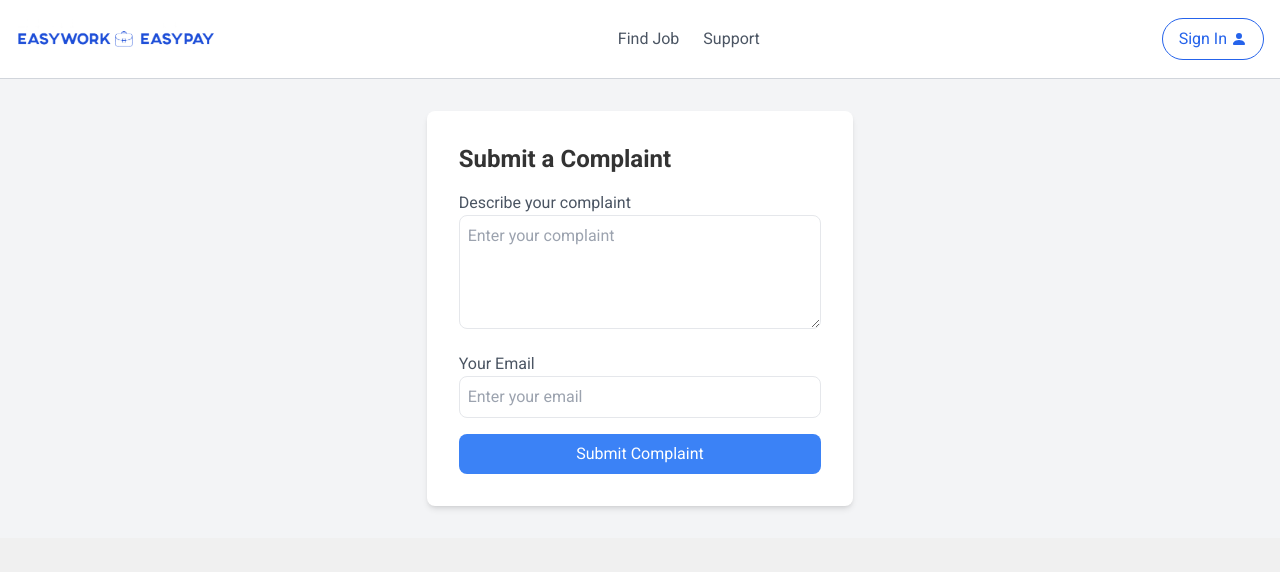
Repository: Temitech001/new-job
Page: /support
The author's editor kept a copy of each file at every save. The page is drawn from the files as they stood at one save, then again after a run of saves.
The browser window is 1280 px wide. The pictures show the whole page.
The project was rebuilt for these pictures with package versions that can differ from the ones it lists, and the page was loaded fresh each time. Also part of the build but not shown: src/App.css, src/components/jobSearch/Job.jsx, src/components/jobSearch/JobListing.jsx, src/App.js, src/components/jobSearch/signIn/SignIn.jsx, src/components/postJob/PostJob.jsx, src/components/postJob/JobDetails.jsx, src/components/apply/ApplyJob.jsx and 1 more.

Above is the page before, as saved 2023-08-31 19:12:08.

### public/index.html
<!DOCTYPE html>
<html lang="en">
  <head>
    <meta charset="utf-8" />
    <link rel="icon" href="%PUBLIC_URL%/favicon.ico" />
    <meta name="viewport" content="width=device-width, initial-scale=1" />
    <meta name="apple-mobile-web-app-title" content="Easywork-Easypay">
    <meta name="application-name" content="Easywork-Easypay">
    <meta name="theme-color" content="#000000" />
    <meta
      name="description"
      content="Easywork-Easypay is your comprehensive platform for all things related to employment."
    />
    <link rel="stylesheet" href="https://fonts.googleapis.com/css2?family=Roboto:wght@300;400;500;700&display=swap">
    <link rel="apple-touch-icon" href="%PUBLIC_URL%/eelogo.png" />
    <link rel="apple-touch-icon" sizes="76x76" href="%PUBLIC_URL%/apple-touch-icon.png">
    <link rel="icon" type="image/png" sizes="32x32" href="%PUBLIC_URL%/favicon-32x32.png">
    <link rel="icon" type="image/png" sizes="16x16" href="%PUBLIC_URL%/favicon-16x16.png">
    <link rel="manifest" href="%PUBLIC_URL%/manifest.json" />
    <title>Easywork-Easypay</title>
  </head>
  <body>
    <noscript>You need to enable JavaScript to run this app.</noscript>
    <div id="root"></div>
  </body>
</html>

### src/index.js
import React from 'react';
import ReactDOM from 'react-dom/client';
import { BrowserRouter, Routes, Route} from "react-router-dom";
import './index.css';
import App from './App';
import ScrollToTop from 'react-scroll-to-top';
import SignIn from './components/jobSearch/signIn/SignIn';
import { AuthProvider } from './components/server/AuthContext';
import PostJob from './components/postJob/PostJob';
import JobDetails from './components/postJob/JobDetails';
import ApplyJob from './components/apply/ApplyJob';
import Support from './components/support/Support';
// import MyJobs from './components/postJob/myJobs';

import './scrollToTop.css';
const CustomScrollToTop = () => {
  return (
    <ScrollToTop
      smooth
      component={<button className="scroll-to-top">↑</button>}
    />
  );
};

const root = ReactDOM.createRoot(document.getElementById('root'));
root.render(
  <React.StrictMode>
    <AuthProvider>
    <BrowserRouter>

            <Routes>
                <Route path="/" element={<App />} />
                <Route path="/signin" element={<SignIn />} />
                <Route path="/post-job" element={<PostJob />} />
                <Route path="/job-details" element={< JobDetails />} />
                <Route path="/apply-job/:jobId" element={<ApplyJob />} />
                {/* <Route path="/myjobs" element={<MyJobs />} /> */}
                <Route path="/support" element={< Support />} />
            </Routes>
            {/* <App /> */}
        </BrowserRouter>
      </AuthProvider>
  </React.StrictMode>
);

### src/index.css
@tailwind base;
@tailwind components;
@tailwind utilities;

body {
  margin: 0;
  font-family: 'Roboto', sans-serif;
  -webkit-font-smoothing: antialiased;
  -moz-osx-font-smoothing: grayscale;
  font-size: 16px;
  background-color: #f8f8f8;
  color: #333; /* Text color */
}

/* Apply a subtle shadow to the entire page for depth */
body::before {
  content: '';
  position: fixed;
  top: 0;
  left: 0;
  width: 100%;
  height: 100%;
  background: linear-gradient(to bottom, rgba(0, 0, 0, 0.03) 0%, rgba(0, 0, 0, 0.03) 100%);
  pointer-events: none;
  z-index: -1;
}

@media (max-width: 768px) {
  body{
    font-size: 14px;
  }
}

code {
  font-family: source-code-pro, Menlo, Monaco, Consolas, 'Courier New',
    monospace;
}

### src/components/server/AuthContext.js
import React, { createContext, useContext, useState, useEffect } from 'react';
import { auth } from './firebase'; // Import your Firebase authentication module

// Create a new context
export const AuthContext = createContext();

// Create a custom hook to use the context
export const useAuth = () => {
  return useContext(AuthContext);
};

// Create an AuthProvider component
export const AuthProvider = ({ children }) => {
  const [user, setUser] = useState(null); // Initialize user state

  useEffect(() => {
    // Add a Firebase authentication observer to listen for changes in the user's sign-in status
    const unsubscribe = auth.onAuthStateChanged((firebaseUser) => {
      setUser(firebaseUser); // Set the user state based on the Firebase user object
    });

    // Cleanup the observer when the component unmounts
    return () => {
      unsubscribe();
    };
  }, []);

  // Add the sign-out function
  const signOut = async () => {
    try {
      await auth.signOut(); // Sign out the user using Firebase Auth
    } catch (error) {
      console.error('Sign Out Error:', error);
    }
  };

  // Value to provide in the context, including the signOut function
  const contextValue = {
    user,
    signOut, // Include the sign-out function
  };

  return (
    <AuthContext.Provider value={contextValue}>
      {children}
    </AuthContext.Provider>
  );
};

### src/components/support/Support.jsx
import React, { useState } from 'react';
import Header from '../header/Header';
import axios from 'axios';

const Support = () => {
  const [complaint, setComplaint] = useState('');
  const [email, setEmail] = useState('');
  const [submitted, setSubmitted] = useState(false);
  const [loading, setLoading] = useState(false); // Add loading state

  const handleSubmit = async (e) => {
    e.preventDefault();
    setLoading(true); // Set loading to true when submitting

    // Create a FormData object to hold the data to send in the email
    const formDataToSubmit = new FormData();
    formDataToSubmit.append('sender[name]', 'JobConnect360');
    formDataToSubmit.append('sender[email]', 'jobconnect360site@gmail.com');
    formDataToSubmit.append('recipients', 'akinolapo@gmail.com');
    formDataToSubmit.append('subject', 'New Complaint Alert!');
    formDataToSubmit.append(
      'message',
      `Complaint: ${complaint} <br/> Sender: ${email}`
    );

    try {
      // Send the complaint email using axios
      await axios.post('https://api.smtpexpress.com/send', formDataToSubmit, {
        headers: {
          Authorization: 'Bearer 6f32027e9bdddb03f1da6421af860842861ced47da1c5befbd',
        },
      });

      // Update the state to indicate that the complaint was submitted successfully
      setSubmitted(true);
    } catch (error) {
      console.error('Error submitting complaint:', error);
      // Handle any errors here, e.g., by displaying an error message
    } finally {
      setLoading(false); // Set loading to false when the request is complete
    }
  };

  return (
    <div>
      <Header />
      <div className="bg-gray-100 py-8">
        <div className="bg-white p-8 rounded-lg shadow-md md:w-2/3 lg:w-1/2 xl:w-1/3 mx-auto">
          <h2 className="text-2xl font-semibold mb-4">Submit a Complaint</h2>
          {submitted ? (
            <div className="text-green-500 mb-6">
              Complaint submitted successfully.
            </div>
          ) : (
            <form onSubmit={handleSubmit}>
              <div className="mb-4">
                <label htmlFor="complaint" className="text-gray-600">
                  Describe your complaint
                </label>
                <textarea
                  id="complaint"
                  rows="4"
                  className="w-full border rounded-lg p-2 focus:outline-none focus:ring focus:border-blue-400"
                  placeholder="Enter your complaint"
                  value={complaint}
                  onChange={(e) => setComplaint(e.target.value)}
                  required
                />
              </div>
              <div className="mb-4">
                <label htmlFor="email" className="text-gray-600">
                  Your Email
                </label>
                <input
                  type="email"
                  id="email"
                  className="w-full border rounded-lg p-2 focus:outline-none focus:ring focus:border-blue-400"
                  placeholder="Enter your email"
                  value={email}
                  onChange={(e) => setEmail(e.target.value)}
                  required
                />
              </div>
              <button
                type="submit"
                className="bg-blue-500 text-white rounded-lg py-2 px-4 w-full hover:bg-blue-600"
                disabled={loading} // Disable the button while loading
              >
                {loading ? 'Submitting...' : 'Submit Complaint'}
              </button>
            </form>
          )}
        </div>
      </div>
    </div>
  );
};

export default Support;

### src/components/header/Header.jsx
import React, { useState } from 'react';
import { Link } from 'react-router-dom';
import { BsFillPersonFill } from 'react-icons/bs';
import { useAuth } from '../../components/server/AuthContext'; // Adjust the path as needed
import { useNavigate } from 'react-router-dom'; // Import useNavigate

const Header = () => {
  const [mobileMenuOpen, setMobileMenuOpen] = useState(false);
  const { user, signOut } = useAuth();
  const navigate = useNavigate(); // Initialize useNavigate

  const toggleMobileMenu = () => {
    setMobileMenuOpen(!mobileMenuOpen);
  };

  const handleSignOutClick = async () => {
    try {
      await signOut();
      navigate('/'); // Redirect to the homepage after sign-out using navigate
    } catch (error) {
      console.error('Sign Out Error:', error);
    }
  };

  // Define the allowed email address
  const allowedEmail = 'jobconnect360site@gmail.com';

  return (
    <header className="bg-white border-b border-gray-300 p-4">
      <div className="container mx-auto flex justify-between items-center">
        {/* Logo */}
        <Link to="/" className="text-xl font-semibold text-blue-600">
          <img
            width="200px"
            src={process.env.PUBLIC_URL + `eelogo.png`}
            alt="E&E"
            onError={(e) => {
              e.target.src = "https://www.easywork-easypay.com/eelogo.png"; // Replace with a fallback image path
            }}
          />
        </Link>

        {/* Desktop Menu */}
        <nav className="hidden md:flex space-x-6">
          <Link
            to="/"
            className="text-gray-600 hover:text-blue-600 transition duration-300"
          >
            Find Job
          </Link>
          <Link
            to="/support"
            className="text-gray-600 hover:text-blue-600 transition duration-300"
          >
            Support
          </Link>
        </nav>

        {/* Sign In/Out and Post a Job (Desktop) */}
        <div className="hidden md:flex items-center space-x-4">
          {user ? (
            <button
              onClick={handleSignOutClick}
              className="text-blue-600 border border-blue-600 rounded-full px-4 py-2 hover:bg-blue-600 hover:text-white transition duration-300"
            >
              <span className='flex items-center'>
                Sign Out&nbsp;<BsFillPersonFill/>
              </span>
            </button>
          ) : (
            <Link
              to="/signin"
              className="text-blue-600 border border-blue-600 rounded-full px-4 py-2 hover:bg-blue-600 hover:text-white transition duration-300"
            >
              <span className='flex items-center'>
                Sign In&nbsp;<BsFillPersonFill/>
              </span>
            </Link>
          )}
          {/* Conditionally render the "Post a Job" button */}
          {user && user.email === allowedEmail && (
            <Link
              to="/post-job"
              className="bg-blue-600 text-white rounded-full px-4 py-2 hover:bg-blue-700 transition duration-300"
            >
              Post a Job
            </Link>
          )}
        </div>

        {/* Mobile Menu */}
        <div className="md:hidden flex items-center">
          <button
            className="md:hidden block text-2xl text-gray-600 hover:text-blue-600 transition duration-300"
            onClick={toggleMobileMenu}
          >
            ☰
          </button>
        </div>
      </div>

      {/* Mobile Menu Items */}
      {mobileMenuOpen && (
        <div className="md:hidden text-center">
          <hr className="my-3" />
          <Link
            to="/"
            className="block text-gray-600 hover:text-blue-600 transition duration-300 py-2"
          >
            Find Job
          </Link>
          <Link
            to="/support"
            className="block text-gray-600 hover:text-blue-600 transition duration-300 py-2"
          >
            Support
          </Link>
          <hr className="my-3" />
          {user ? (
            <button
              onClick={handleSignOutClick} // Call the same function as the desktop "Sign Out" button
              className="block text-blue-600 hover:underline transition duration-300 py-2 mx-auto"
            >
              Sign Out
            </button>
          ) : (
            <Link
              to="/signin"
              className="block text-blue-600 hover:underline transition duration-300 py-2"
            >
              Sign In
            </Link>
          )}
          {/* Conditionally render the "Post a Job" button */}
          {user && user.email === allowedEmail && (
            <Link
              to="/post-job"
              className="bg-blue-600 text-white rounded-full px-4 py-2 hover:bg-blue-700 transition duration-300 my-2"
            >
              Post a Job
            </Link>
          )}
        </div>
      )}
    </header>
  );
};

export default Header;

### src/components/server/firebase.js
import { getFirestore } from 'firebase/firestore';
import { initializeApp } from "firebase/app";
import { getStorage, ref} from 'firebase/storage';
import { getAuth, GoogleAuthProvider, signInWithPopup } from "firebase/auth";
import 'firebase/firestore';

const firebaseConfig = {
  apiKey: "AIzaSyDODT5-vOTYs6McEqDh8sTtZjehb9KlnOw",
  authDomain: "jobconnect360bypeace.firebaseapp.com",
  databaseURL: "https://jobconnect360bypeace-default-rtdb.firebaseio.com",
  projectId: "jobconnect360bypeace",
  storageBucket: "jobconnect360bypeace.appspot.com",
  messagingSenderId: "592158316184",
  appId: "1:592158316184:web:822269c7bf0b1b33ad22ed",
  measurementId: "G-7X5Z1RQ0DN"
};

// Initialize Firebase
initializeApp(firebaseConfig);

// Initialize Firebase Authentication
const auth = getAuth();
const googleProvider = new GoogleAuthProvider();
const db = getFirestore();
const storage = getStorage();

const folder1Ref = ref(storage, 'cvFile');
const folder2Ref = ref(storage, 'driverLicense');
const folder3Ref = ref(storage, 'ssnCopy');

export { auth, googleProvider, signInWithPopup, db, folder1Ref, folder2Ref, folder3Ref };

### tailwind.config.js
/** @type {import('tailwindcss').Config} */
module.exports = {
  content: ["./src/**/*.{html,jsx, js}"],
  theme: {
    extend: {},
  },
  plugins: [],
}

After the next 4 saves:
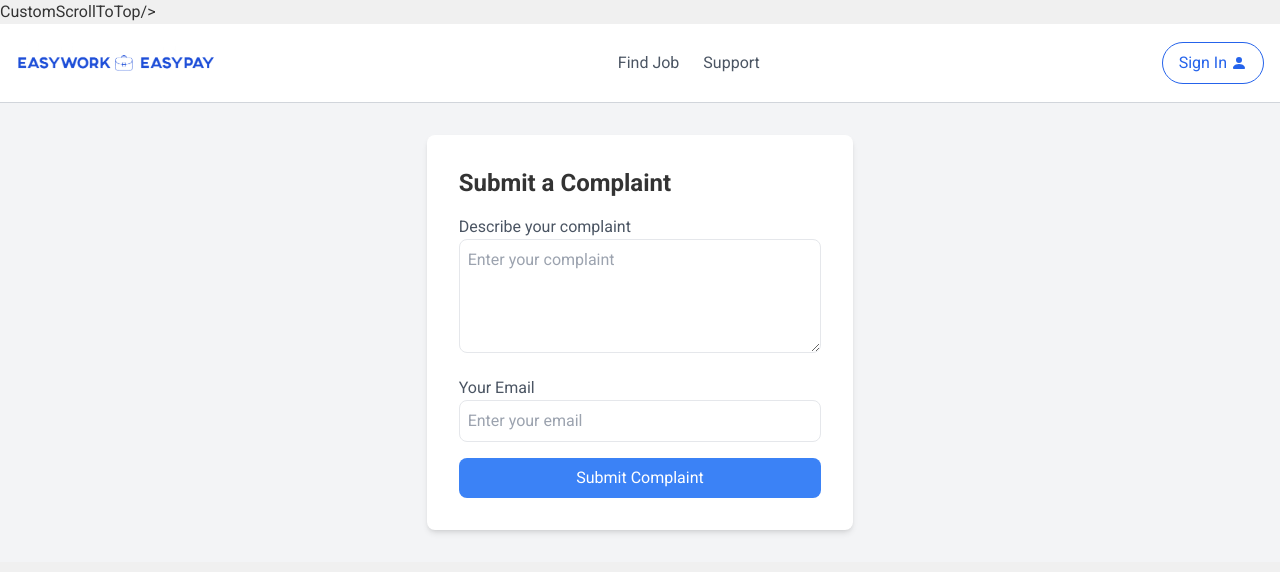
The 4 saves are shown as one change because they came seconds apart.
The last was saved 8 s later.
--- a/src/index.js
+++ b/src/index.js
@@ -27,7 +27,7 @@
   <React.StrictMode>
     <AuthProvider>
     <BrowserRouter>
-
+    CustomScrollToTop/>
             <Routes>
                 <Route path="/" element={<App />} />
                 <Route path="/signin" element={<SignIn />} />

After the save that followed:
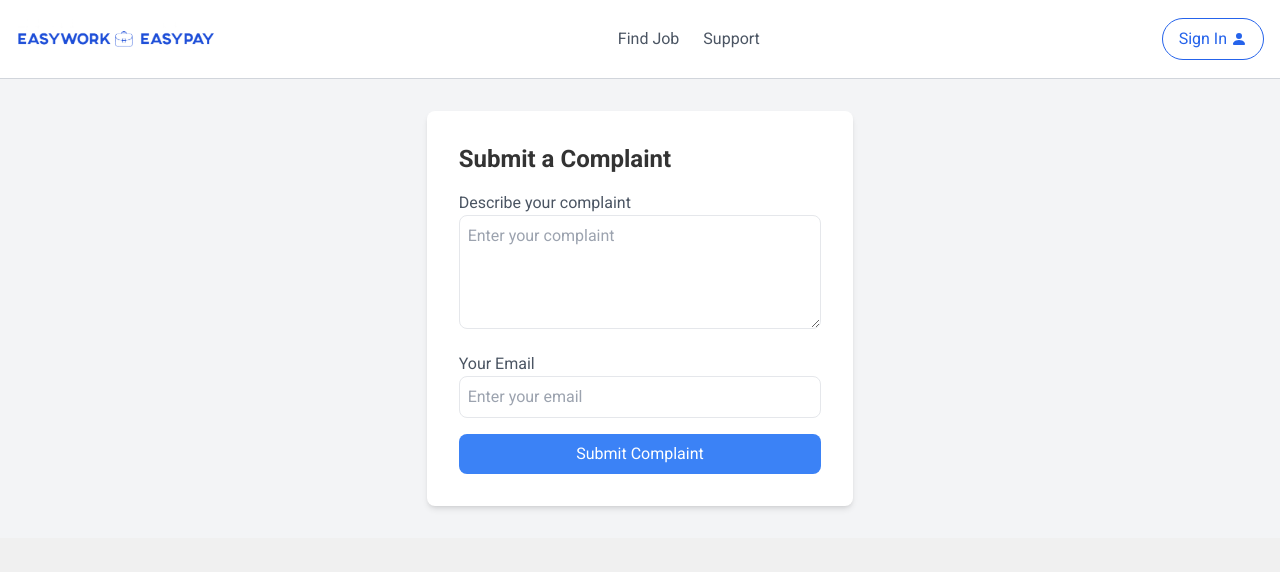
Saved 4 s later.
--- a/src/index.js
+++ b/src/index.js
@@ -27,7 +27,7 @@
   <React.StrictMode>
     <AuthProvider>
     <BrowserRouter>
-    CustomScrollToTop/>
+    <CustomScrollToTop/>
             <Routes>
                 <Route path="/" element={<App />} />
                 <Route path="/signin" element={<SignIn />} />
